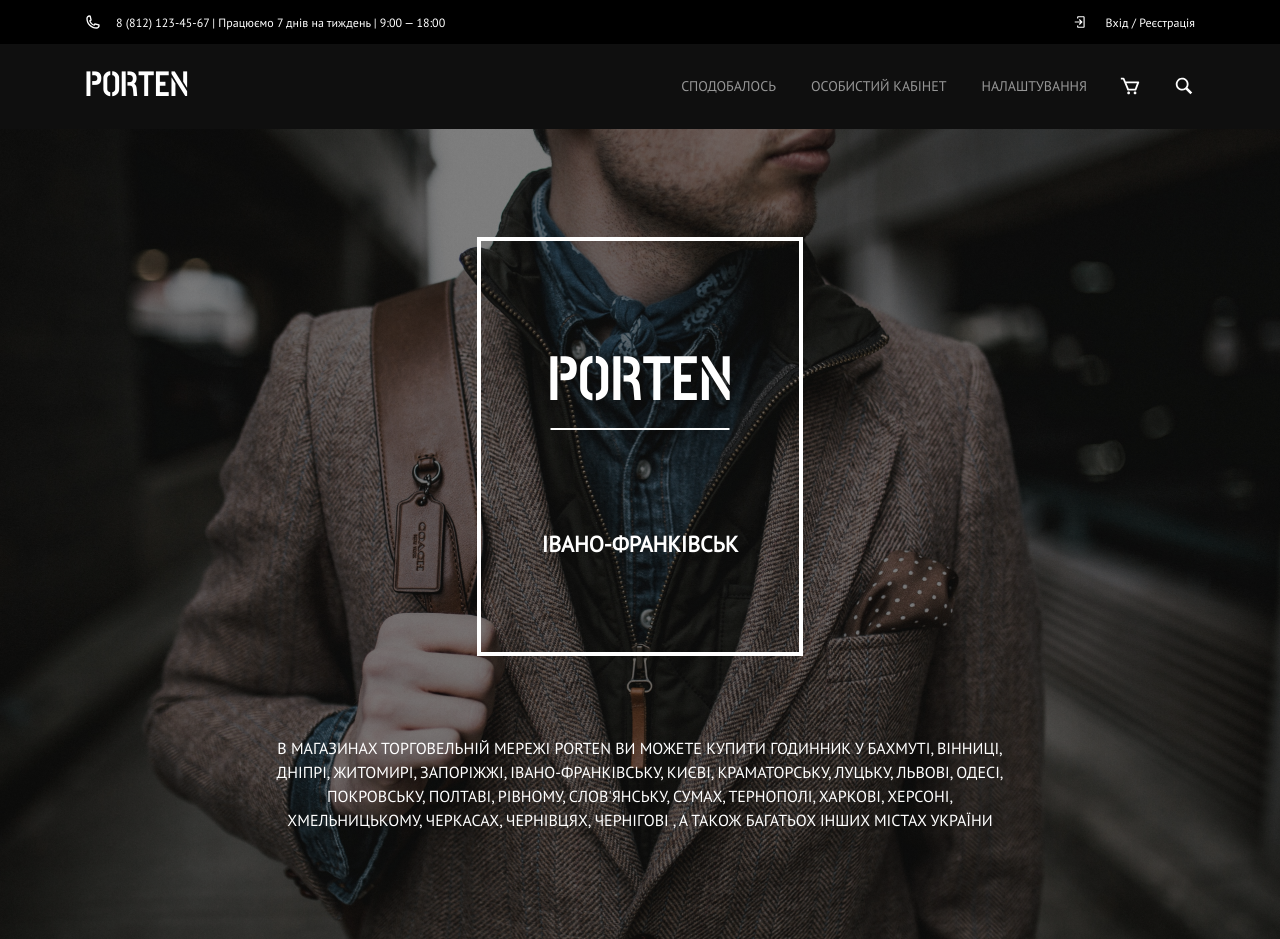
Repository: KYUUBI-K/porten
Page: index.html
An editor plug-in stored every save of this project. The page is shown before and after a run of saves, followed by the edit.
The browser window is 1280 px wide. The pictures show the whole page.

Above is the page before, as saved 2025-09-09 21:45:31.

After the next 2 saves:
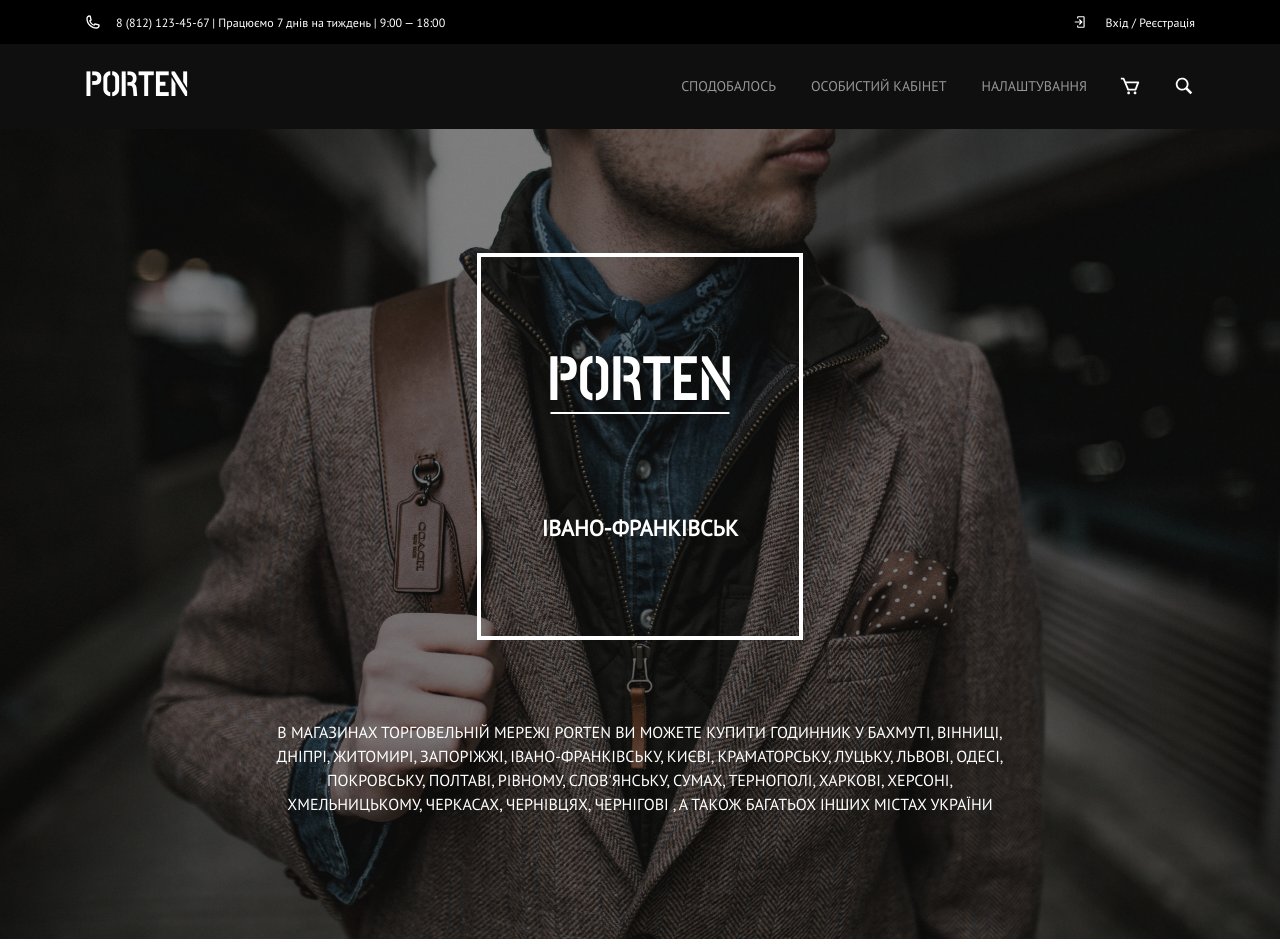
The 2 saves are shown as one change because they came seconds apart.
The last was saved 41 s later.
--- a/styles.css
+++ b/styles.css
@@ -150,7 +150,8 @@
   font-size: 64px;
   font-weight: 700;
   position: relative;
-  display: inline;
+  /* display: inline; */
+  line-height: 1;
 }
 .banner-title::after {
   content: "";
